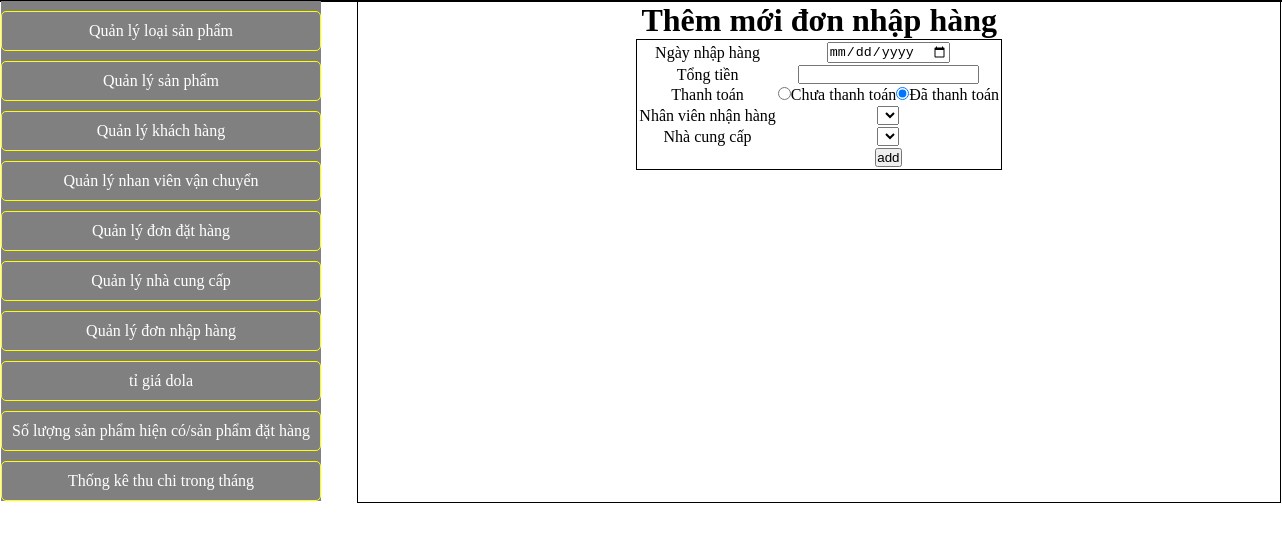
Repository: tranminhtam92/web
Page: http://localhost/demoview/admin/Add_importproduct.jsp
An editor plug-in stored every save of this project. The page is shown before and after the next save, followed by the edit.
The browser window is 1280 px wide. The page is 1282 px wide, so the pictures cover 1282 px, including what lies to the right of the window. The pictures show the whole page.
The page is served by Tomcat 9. The template is opened directly, without the code that normally fills it, so the values that code supplies are empty.

Above is the page before, as saved 2016-12-25 08:02:28.

After the next save:
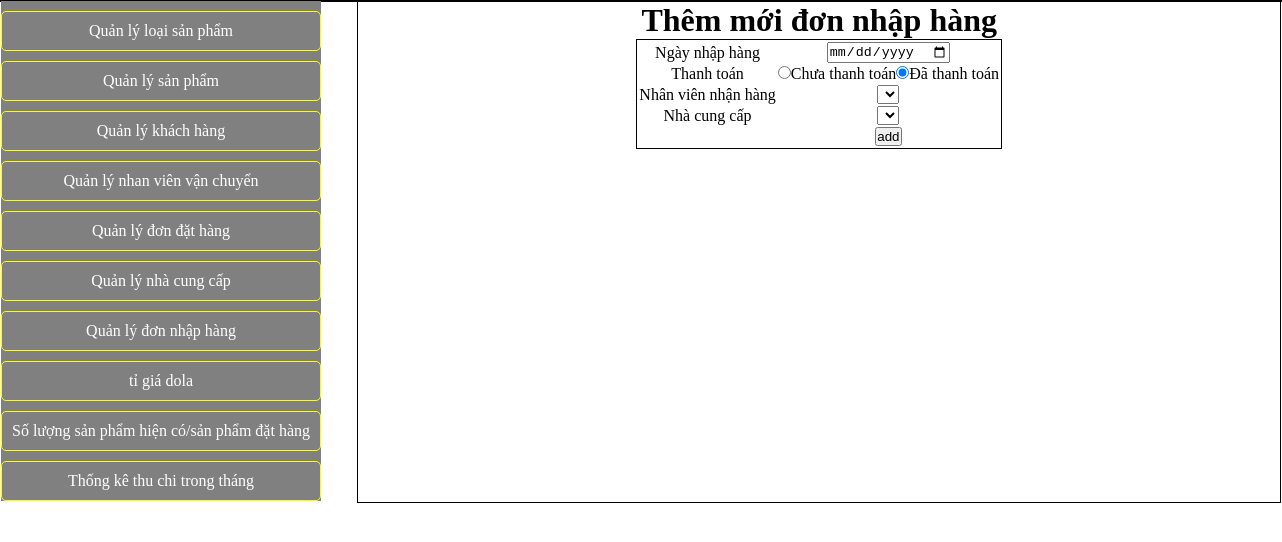
Saved 68 s later.
--- a/Code/demoview/WebContent/admin/Add_importproduct.jsp
+++ b/Code/demoview/WebContent/admin/Add_importproduct.jsp
@@ -24,10 +24,6 @@
 <tr>
 <td> Ngày nhập hàng</td>
 <td><input type="date" name="importproductdate" required></td>
-</tr>
-<tr>
-<td>Tổng tiền</td>
-<td><input type="number" min="10000" name="amount" required></td>
 </tr>
 <tr>
 <td>Thanh toán</td>
